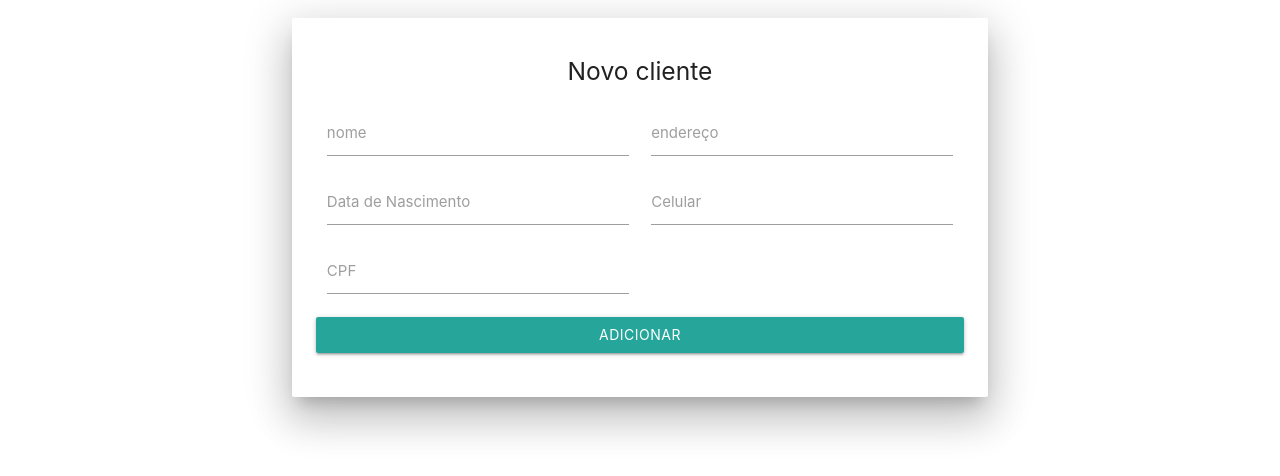
Repository: luizasilveira/TechWeb
Page: Projeto1/techWebP1/WebContent/add.html
The author's editor kept a copy of each file at every save. The page is drawn from the files as they stood at one save, then again after the next save.
The browser window is 1280 px wide. The pictures show the whole page.

Above is the page before, as saved 2019-09-08 22:13:00.

### Projeto1/techWebP1/WebContent/add.html
<!DOCTYPE html>
<html>
<head>
<meta charset="ISO-8859-1">
<title>HOME</title>


<!--Import Google Icon Font-->
<link href="https://fonts.googleapis.com/icon?family=Material+Icons"
	rel="stylesheet">
<!--Import materialize.css-->
<link rel="stylesheet"
	href="https://cdnjs.cloudflare.com/ajax/libs/materialize/1.0.0/css/materialize.min.css">


<style>
body {
  width: 56%;
  margin: auto;
  padding: 10px;
  text-align: center;
}
</style>
</head>

<body>
	<form action="./AddClients" method="post">

		<div class="card-panel z-depth-5" >
		<h5 class="center">Novo cliente</h5>
			<div class="row">
				<div class="col s6">

					<!--<p class="center">Join to our community now !</p>-->


					<div class="input-field">
						<input type="text" name="nome"> <label>nome</label>
					</div>

					<!--<i class="material-icons prefix">account_circle</i>-->



					<!--<div class="input-field">
                    <i class="material-icons prefix">email</i
                    <input type="email" name="email" class="validate">
                    <label> email</label>
                  </div>-->

					<div class="input-field">
						<!--<i class="material-icons prefix">lock</i>-->
						<input type="text" name="nascimento"> <label>Data
							de Nascimento</label>
					</div>

					<div class="input-field">
						<!--<i class="material-icons prefix">vpn_key</i>-->
						<input type="text" name="CPF"> <label>CPF</label>
					</div>
				</div>

				<div class="col s6">
					<div class="input-field">
						<!--<i class="material-icons prefix">vpn_key</i>-->
						<input type="text" name="endereço"> <label>endereço</label>
					</div>

					<div class="input-field">
						<!--<i class="material-icons prefix">vpn_key</i>-->
						<input type="text" name="celular"> <label>Celular</label>
					</div>
				</div>


				<!--<p class="right">Already have an account? <a href="#login" class="modal-trigger">login</a></p>-->
				<input type="submit" name="submit" value="Adicionar"
					class="btn left col s12">

				<div class="clearfix"></div>

			</div>
		</div>
	</form>



	<script src="https://code.jquery.com/jquery-1.12.0.min.js"></script>
	<script
		src="https://cdnjs.cloudflare.com/ajax/libs/materialize/1.0.0/js/materialize.min.js"></script>





</body>
</html>

After the next save:
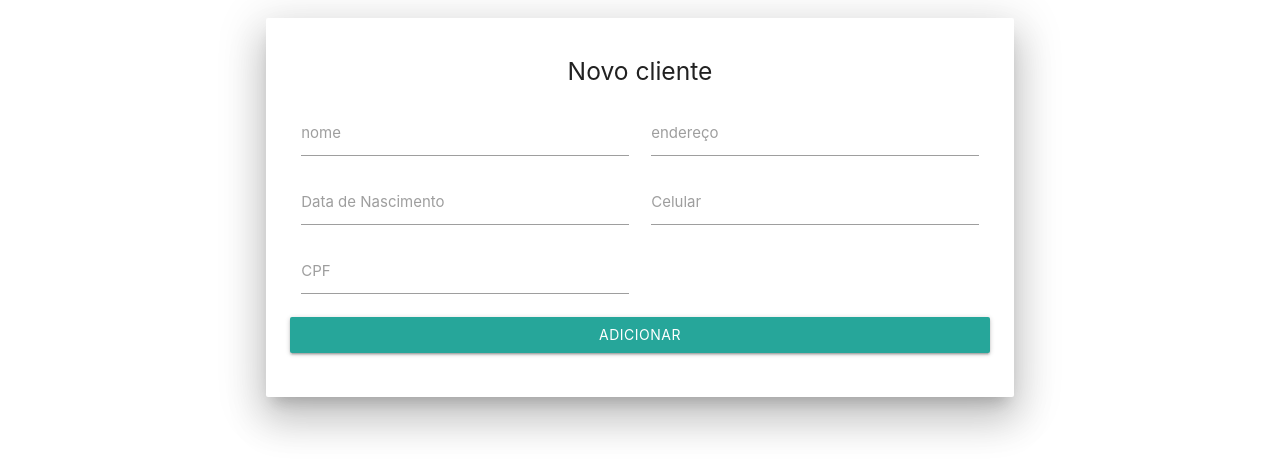
Saved 4 s later.
--- a/Projeto1/techWebP1/WebContent/add.html
+++ b/Projeto1/techWebP1/WebContent/add.html
@@ -15,7 +15,7 @@
 
 <style>
 body {
-  width: 56%;
+  width: 60%;
   margin: auto;
   padding: 10px;
   text-align: center;
